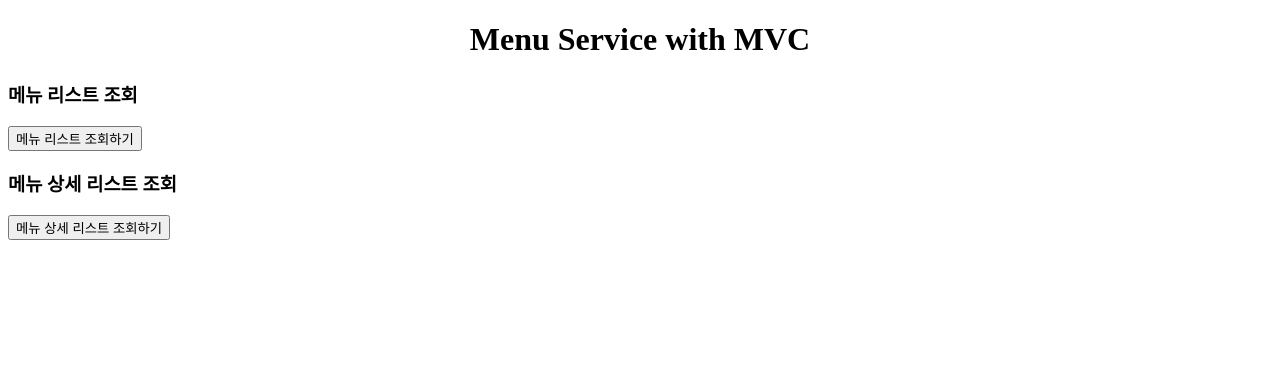
Repository: DaeyeonKim97/Menu-MVC
Page: http://localhost/menu-mvc-mybatis/
An editor plug-in stored every save of this project. The page is shown before and after the next save, followed by the edit.
The browser window is 1280 px wide. The pictures show the whole page.
The page is served by Tomcat 9. Nobody is signed in. The application's start-up code is not run. Other server files are loaded and not shown.

Above is the page before, as saved 2022-08-13 07:06:11.

### menu-mvc-mybatis/src/main/webapp/index.jsp
<%@ page language="java" contentType="text/html; charset=UTF-8"
    pageEncoding="UTF-8"%>
<!DOCTYPE html>
<html>
<head>
<meta charset="UTF-8">
<title>Menu MVC</title>
</head>
<body>
	<jsp:include page="./WEB-INF/views/common/header.jsp"/>
	<h3>메뉴 리스트 조회</h3>
	<button onclick="location.href = '${pageContext.servletContext.contextPath}/list'">
		메뉴 리스트 조회하기
	</button>
	<h3>메뉴 상세 리스트 조회</h3>
	<button onclick="location.href = '${pageContext.servletContext.contextPath}/detail-list'">
		메뉴 상세 리스트 조회하기
	</button>
</body>
</html>

### menu-mvc-mybatis/src/main/webapp/WEB-INF/views/common/header.jsp
<%@ page language="java" contentType="text/html; charset=UTF-8"
    pageEncoding="UTF-8"%>
<!DOCTYPE html>
<html>
<head>
<meta charset="UTF-8">
<title>Insert title here</title>
</head>
<body>
	<h1 align="center">Menu Service with MVC</h1>
</body>
</html>

After the next save:
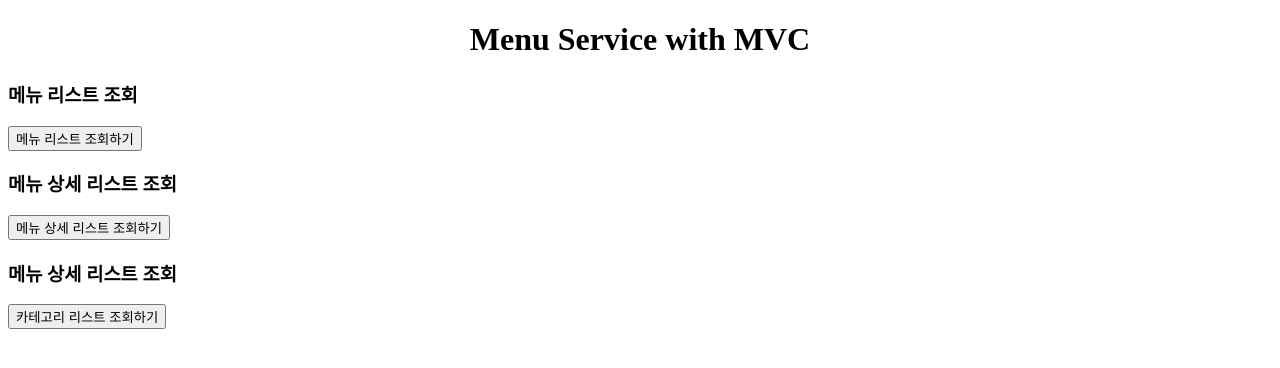
Saved 23 s later.
--- a/menu-mvc-mybatis/src/main/webapp/index.jsp
+++ b/menu-mvc-mybatis/src/main/webapp/index.jsp
@@ -16,5 +16,9 @@
 	<button onclick="location.href = '${pageContext.servletContext.contextPath}/detail-list'">
 		메뉴 상세 리스트 조회하기
 	</button>
+	<h3>메뉴 상세 리스트 조회</h3>
+	<button onclick="location.href = '${pageContext.servletContext.contextPath}/category-list'">
+		카테고리 리스트 조회하기
+	</button>
 </body>
 </html>
